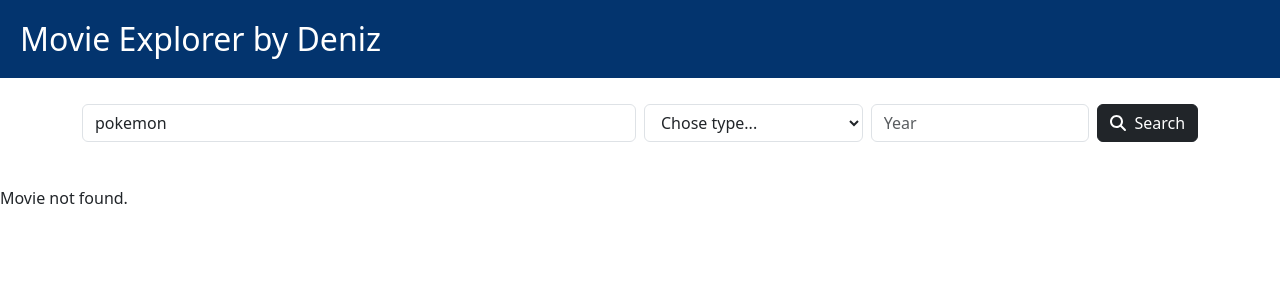
Repository: denizdizi/movie-explorer
Page: /
These files come from the project's save history. The page is drawn as it stood at one moment and after the next save; the edit follows.
The browser window is 1280 px wide. The pictures show the whole page.
The page's requests for data from a server got no answer. The project was rebuilt for these pictures with package versions that can differ from the ones it lists, and the page was loaded fresh each time. No one was signed in, and anything a server would have sent is missing. Also part of the build but not shown: src/App.css, src/components/MovieCard.js, src/components/Pagination.js, src/pages/MovieDetail.js.

Above is the page before, as saved 2025-03-29 01:45:47.

After the next save:
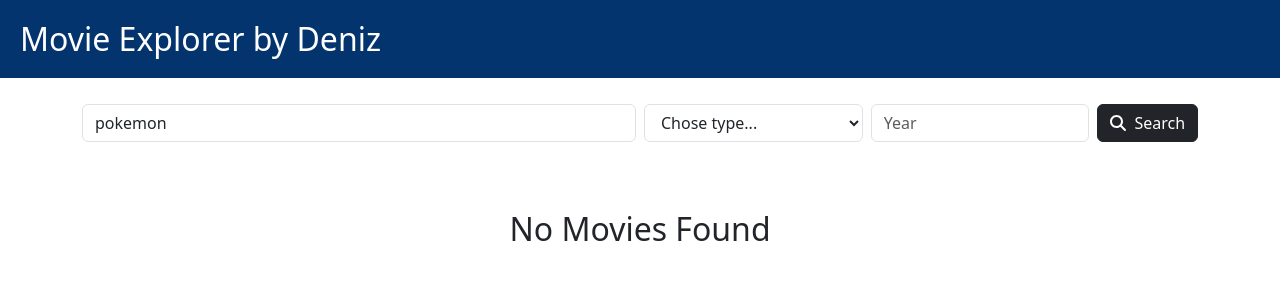
Saved 2 min 10 s later.
--- a/src/components/MovieList.js
+++ b/src/components/MovieList.js
@@ -4,7 +4,15 @@ import MovieCard from "./MovieCard";
 
 const MovieList = ({ movies }) => {
   if (!movies || !movies.movies || movies.movies.length === 0) {
-    return <p className="ml-5">Movie not found.</p>;
+    return (
+      <div className="movie-list container mt-4">
+        <Row className="g-3 justify-content-center">
+          <Col xs={12} className="text-center">
+            <h2>No Movies Found</h2>
+          </Col>
+        </Row>
+      </div>
+    );
   }
 
   return (
